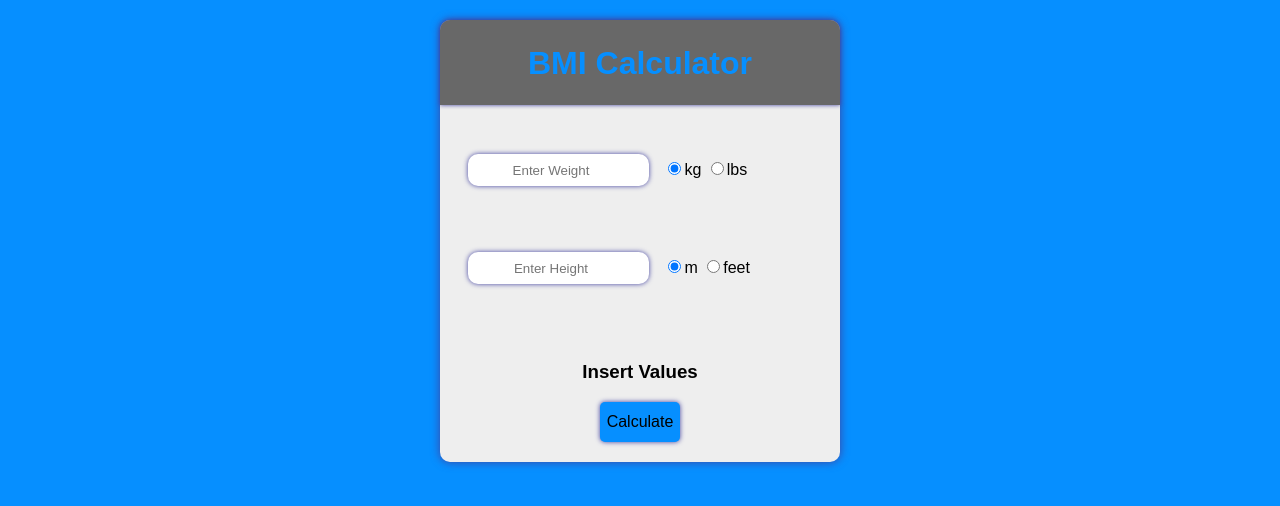
Repository: shayanabedi98/bmi-calculator
Page: index.html
These files come from the project's save history. The page is drawn as it stood at one moment and after the next save; the edit follows.
The browser window is 1280 px wide. The pictures show the whole page.

Above is the page before, as saved 2023-07-24 14:43:43.

### index.html
<!DOCTYPE html>
<html lang="en">
<head>
    <meta charset="UTF-8">
    <meta name="viewport" content="width=device-width, initial-scale=1.0">
    <title>BMI Calculator</title>
    <link rel="stylesheet" href="styles.css">
</head>
<body>
    <div class="container">
        <div class="card">
            <div class="bmi-calculator">
                <h1>BMI Calculator</h1>
                <div class="weight">
                    <input type="number" placeholder="Enter Weight">
                    <input type="radio" name="weight" checked><span>kg</span>
                    <input type="radio" name="weight"><span>lbs</span>
                </div>
                <div class="height">
                    <input type="number" placeholder="Enter Height">
                    <input type="radio" name="height" checked><span>m</span>
                    <input type="radio" name="height"><span>feet</span>
                </div>
                <div class="result">
                    <h3>Insert Values</h3>
                    <button class="calculate">Calculate</button>
                </div>
            </div>
        </div>
        <div class="card">
            <div class="bmi-chart">

            </div>
        </div>
    </div>
</body>
</html>

### styles.css
body {
    background-color: #068FFF;
    font-family: sans-serif;
    text-align: center;
    padding: 0;
    margin: 0;
}

h1 {
    margin-top: 0;
    background-color: #686868;
    color: #068FFF;
    border-radius: 10px 10px 0 0;
    height: 60px;
    padding-top: 25px;
    box-shadow: 0 0 4px 0 #4141a0;
}

.container {
    display: inline-block;
}

.card {
    background-color: #EEEEEE;
    width: 400px;
    border-radius: 10px;
    margin-left: auto;
    margin-top: 5%;
    box-shadow: 0 0 10px 0 #4141a0;
}

.weight {
    display: block;
    text-align: start;
    padding: 7%;
}

.height {
    display: block;
    text-align: start;
    padding: 7%;
}

input[type='number'] {
    display: inline-block;
    text-align: center;
    margin-bottom: 10px;
    margin-right: 10px;
    height: 30px;
    border-radius: 10px;
    border: none;
    box-shadow: 0 0 5px 0 #4141a0;
}

input[type='radio'] {
    margin-bottom: 20px;
}

.result {
    padding: 5%;
}

.result button {
    background-color: #068FFF;
    height: 40px;
    width: 80px;
    border-radius: 5px;
    border: none;
    box-shadow: 0 0 5px 0 #4141a0;
    cursor: pointer;
    font-size: 16px;
}

After the next save:
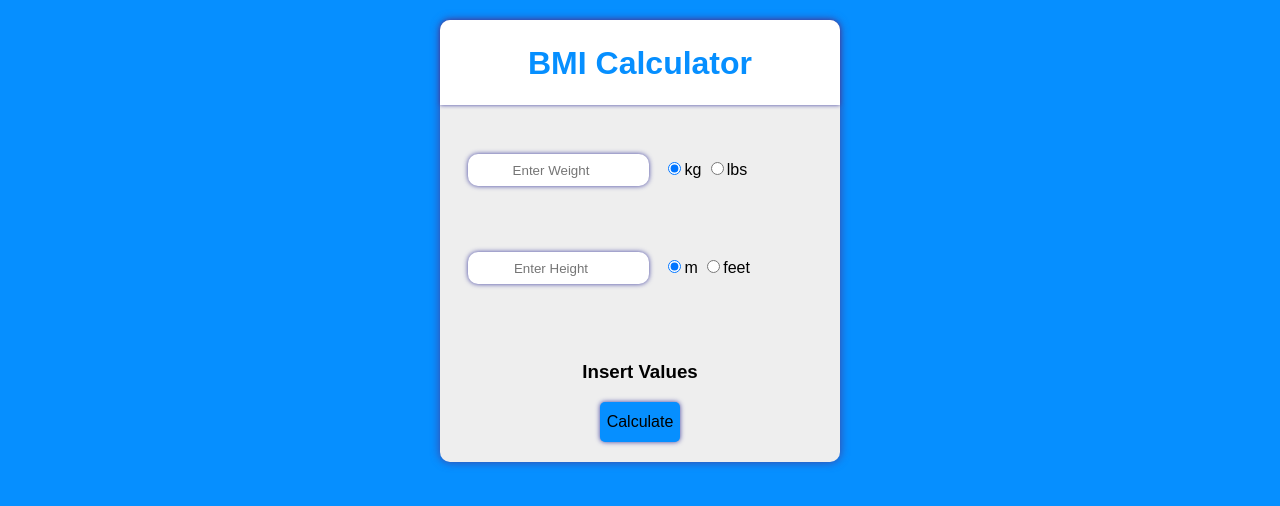
Saved 4 s later.
--- a/styles.css
+++ b/styles.css
@@ -8,7 +8,7 @@ body {
 
 h1 {
     margin-top: 0;
-    background-color: #686868;
+    background-color: #ffffff;
     color: #068FFF;
     border-radius: 10px 10px 0 0;
     height: 60px;
